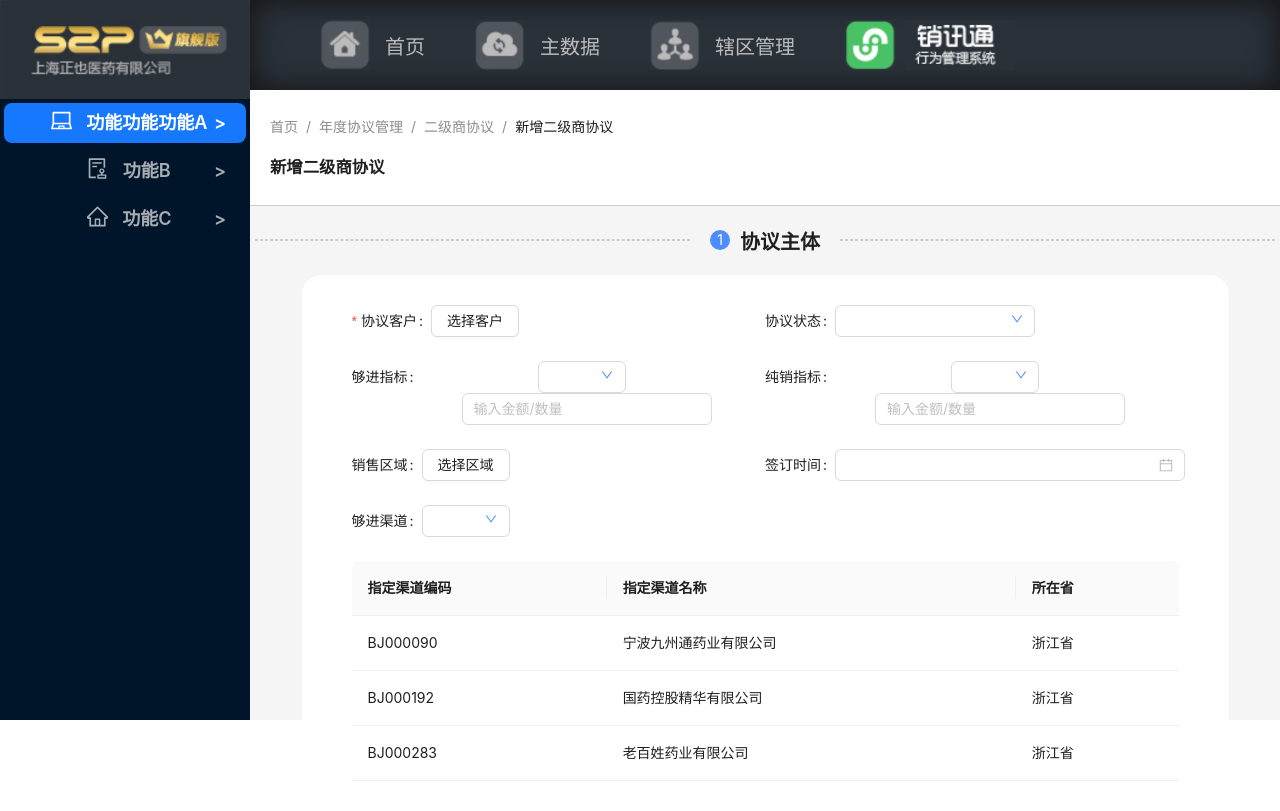
Repository: XiChips/questionB
Page: /
The author's editor kept a copy of each file at every save. The page is drawn from the files as they stood at one save, then again after the next save.
The browser window is 1280 px wide. The pictures show the whole page.
The project was rebuilt for these pictures with package versions that can differ from the ones it lists, and the page was loaded fresh each time. Also part of the build but not shown: vue.config.js.

Above is the page before, as saved 2024-02-28 13:30:51.

### src/main.js
import { createApp } from 'vue'
import App from './App.vue'
import router from './router'
import store from './store'
import { setupAntd } from './ant-design-vue/index'
import { message } from "ant-design-vue";
import './assets/css/index.css'
// import axios from "axios";
// moment.locale('zh-cn')
const app = createApp(App)
setupAntd(app)
// app.use(Button).use(Layout)
app.use(store).use(router).mount('#app')



// app.config.globalProperties.$axios = axios
app.config.globalProperties.$message = message

### src/router/index.js
import { createRouter, createWebHashHistory } from 'vue-router'

const routes = [
  {
    path: '/',
    name: 'home',
    component: () => import('../views/home.vue')
  },
  {
    path: '/about',
    name: 'about',

    component: () => import('../views/AboutView.vue')
  }
]

const router = createRouter({
  history: createWebHashHistory(),
  routes
})

export default router

### src/ant-design-vue/index.js
import { Button, Layout, Image, Form, Checkbox,Radio, Input, Popover, Menu, Drawer, Breadcrumb, Typography, message, Divider, Table, DatePicker, Popconfirm, Space, InputNumber, Select, PageHeader, Steps, Statistic, Transfer, Upload, Switch, Modal, Tabs } from 'ant-design-vue';

// import 'ant-design-vue/dist/antd.min.css'

const components = [
    Button,
    Layout,
    Form,
    Input,
    Menu,
    Breadcrumb,
    Table,
    Popconfirm,
    Select,
    PageHeader,
    Steps,
    Transfer,
    Upload,
    Switch,
    Modal,
    Tabs,
    Statistic,
    InputNumber,
    Space,
    DatePicker,
    Divider,
    Image,
    Typography,
    Drawer,
    Popover,
    Radio,
    Checkbox
]

export function setupAntd(app) {
    components.forEach(component => {
        app.use(component)
    })
    app.config.globalProperties.$message = message
}

### src/assets/css/index.css
body {
    margin: 0;
}

.logo img {
    width: 100%;
}

:where(.css-dev-only-do-not-override-1hsjdkk).ant-menu-dark {
    background-color: rgb(42, 49, 57);
}

.ant-menu .anticon {
    margin-right: 10px;
    font-size   : 18px;
}


.ant-upload-select-picture-card i {
    font-size: 32px;
    color    : #999;
}

.ant-upload-select-picture-card .ant-upload-text {
    margin-top: 8px;
    color     : #666;
}

.ant-upload-list-picture-card .ant-upload-list-item:hover .ant-upload-list-item-info:before {
    left: 0;
}

.ant-page-header {
    background: #fff;
}

.ant-page-header.has-breadcrumb {
    padding: 5px 24px;
}

.ant-menu {
    font-size  : 18px;
    font-weight: 600;
}

.ant-tabs-tab span {
    color      : #000;
    font-weight: bold;
    display    : inline-block;
}


.ant-upload-list-picture-card .ant-upload-list-item-info:before {
    left: 0
}

hr {
    width       : 90%;
    margin      : 0 auto;
    border-color: #99999910;
}

.title {
    background-color: rgb(42, 49, 57);
    display         : flex;
    height          : fit-content;
    padding         : 20px 70px;
    color           : rgb(187, 187, 187);
    box-shadow      : inset 0px 0 30px #111;
}

.title>div {
    margin-right: 50px;
    font-size   : 20px;
}

.title img {
    width         : 50px;
    height        : 50px;
    margin-right  : 15px;
    vertical-align: middle;
}

.title span {
    display         : inline-block;
    vertical-align  : middle;
    /* margin-bottom: 5px; */
}

:where(.css-dev-only-do-not-override-1hsjdkk).ant-menu-inline.ant-menu-root .ant-menu-item>.ant-menu-title-content,
:where(.css-dev-only-do-not-override-1hsjdkk).ant-menu-inline.ant-menu-root .ant-menu-submenu-title>.ant-menu-title-content {
    flex: none;
}

.ant-menu .anticon svg {
    width : 1.5em;
    height: 1.5em;
}

.title2 {
    display        : flex;
    justify-content: space-between;
    align-items    : center;
}

.title2>div {
    width: 300px;
}

.title2 hr {
    height: 1px;
    border: 1px dashed #ccc;
    margin: 0 5px;
}

.title2 span {
    display         : inline-block;
    width           : 20px;
    height          : 20px;
    line-height     : 20px;
    background-color: rgb(79, 140, 255);
    color           : #fff;
    border-radius   : 50%;
    margin-right    : 10px;
    vertical-align  : middle;
}


.title2 p {
    display       : inline-block;
    font-size     : 20px;
    vertical-align: middle;
    font-weight   : bold;
}

.area {
    background-color: #fff;
    border-radius   : 20px;
    width           : 90%;
    margin          : 0 auto;
    padding         : 30px 50px;
}

.line2 {
    display        : flex;
    justify-content: space-between;
}

.line2>div {
    width: 50%;
}

.area .ant-form-item-control-input {
    width: 25vw;
}

.ant-form-item-control-input-content {
    flex: none !important;
}

:where(.css-dev-only-do-not-override-1hsjdkk).ant-form-item .ant-form-item-label {
    /* position: relative; */
    overflow: visible;
}

:where(.css-dev-only-do-not-override-1hsjdkk).ant-form-item .ant-form-item-label>label.ant-form-item-required:not(.ant-form-item-required-mark-optional)::before {
    position: absolute;
    left    : -12px;
    top     : 7px
}

:where(.css-dev-only-do-not-override-1hsjdkk).ant-select .ant-select-arrow .anticon>svg{
    vertical-align: middle;
}

### src/views/home.vue
<template>
  <a-layout>
    <a-layout>
      <a-layout-sider width="250">
        <a-menu theme="dark" v-model:selectedKeys="selectedKeys" v-model:openKeys="openKeys" mode="inline" :style="{ height: '100%', borderRight: 0 }">
          <div class="logo">
            <img src="../assets/images/logo.png" alt="">
          </div>
          <!-- <hr /> -->

          <div v-for="(item, i) in links" style="display: flex;justify-content: space-between;">
            <a-menu-item v-if="item.children == undefined" :key="`item${i}_0`" @click="changeTab(item.name)">
              <LaptopOutlined v-if="item.name == '功能功能功能A'" />
              <AuditOutlined v-if="item.name == '功能B'" />
              <HomeOutlined v-if="item.name == '功能C'" />
              {{ item.name }}
              <span style="position: absolute;right: 20px;">{{ ">" }}</span>
            </a-menu-item>

          </div>
        </a-menu>
      </a-layout-sider>
      <a-layout style="padding: 0px 0px 24px" theme="dark">
        <a-layout-content :style="{ background: 'rgb(245,245,245)', padding: '0px', margin: 0, minHeight: '280px', }">

          <div class="title">
            <div><img src="../assets/images/icon1.png" alt=""><span>首页</span></div>
            <div><img src="../assets/images/icon2.png" alt=""><span>主数据</span></div>
            <div><img src="../assets/images/icon3.png" alt=""><span>辖区管理</span></div>
            <div><img src="../assets/images/icon4.png" alt=""><img src="../assets/images/text.png" style="width: auto;margin-left: -5px;" alt=""></div>
          </div>
          <div style="padding: 10px 20px;background-color: rgb(255,255,255);border-bottom: 1px solid #ccc;">
            <a-breadcrumb :style="{ margin: '36px 20px' }">
              <a-breadcrumb-item>首页</a-breadcrumb-item>
              <a-breadcrumb-item>年度协议管理</a-breadcrumb-item>
              <a-breadcrumb-item>二级商协议</a-breadcrumb-item>
              <a-breadcrumb-item>新增二级商协议</a-breadcrumb-item>
            </a-breadcrumb>
            <h3 style="text-align: left;">
              新增二级商协议
            </h3>
          </div>
          <div class="content">
            <div class="title2">
              <hr>
              <div>
                <span>1</span>
                <p>协议主体</p>
              </div>
              <hr>
            </div>
            <div class="area">
              <a-form :model="formState" autocomplete="off" @finish="onFinish" @finishFailed="onFinishFailed">
                <div class="line2">

                  <a-form-item label="协议客户" :rules="[{ required: true}]">
                    <a-button v-if="visible" @click="selectCustom">选择客户</a-button>
                    <a-select defaultOpen v-if="!visible" v-model:value="inputs.value1c" show-search placeholder="" style="width: 200px" :options="options" :filter-option="filterOption" @focus="handleFocus" @blur="handleBlur" @change="changeCustom"></a-select>
                    <span style="margin-left: 20px;">{{ inputs.value1 }}</span>
                  </a-form-item>
                  <a-form-item label="协议状态">
                    <a-select v-model:value="inputs.value2" placeholder="" style="width: 200px" :options="options2" :filter-option="filterOption" @focus="handleFocus" @blur="handleBlur" @change="handleChange">
                      <template #suffixIcon>
                        <down-outlined style="width: 15px;height: 15px;color: rgb(78,139,254);" />
                      </template>
                    </a-select>
                  </a-form-item>
                </div>
                <div class="line2">
                  <a-form-item label="够进指标">
                    <a-select v-model:value="inputs.value3" placeholder="" style="width: 88px" :options="options3" :filter-option="filterOption" @focus="handleFocus" @blur="handleBlur" @change="handleChange">
                      <template #suffixIcon>
                        <down-outlined style="width: 15px;height: 15px;color: rgb(78,139,254);" />
                      </template>
                    </a-select>
                    <a-input v-model:value="inputs.value3" placeholder="输入金额/数量" style="width: 250px;margin-left: 10px;"></a-input>
                  </a-form-item>
                  <a-form-item label="纯销指标">
                    <a-select v-model:value="inputs.value3" placeholder="" style="width: 88px" :options="options3" :filter-option="filterOption" @focus="handleFocus" @blur="handleBlur" @change="handleChange">
                      <template #suffixIcon>
                        <down-outlined style="width: 15px;height: 15px;color: rgb(78,139,254);" />
                      </template>
                    </a-select>
                    <a-input v-model:value="inputs.value3" placeholder="输入金额/数量" style="width: 250px;margin-left: 10px;"></a-input>
                  </a-form-item>
                </div>
                <div class="line2">
                  <a-form-item label="销售区域">
                    <a-button v-if="visible2" @click="selectArea">选择区域</a-button>
                    <a-select v-if="!visible2" v-model:value="inputs.value7c" placeholder="" style="width: 88px" :options="options4" :filter-option="filterOption" @focus="handleFocus" @blur="handleBlur" @change="changeArea">
                      <template #suffixIcon>
                        <down-outlined style="width: 15px;height: 15px;color: rgb(78,139,254);" />
                      </template>
                    </a-select>
                    <a-button type="primary" v-if="inputs.value7.length" v-for="(item,id) in inputs.value7" style="margin-left: 10px;"><span @click="deleteItem(id)">{{ item }}
                        <close-outlined /></span></a-button>
                  </a-form-item>
                  <a-form-item label="签订时间">
                    <a-date-picker placeholder="" show-time v-model:value="value1" style="width:350px" />
                  </a-form-item>
                </div>
              </a-form>
              <div class="line2">
                <a-form-item label="够进渠道">
                  <a-select v-model:value="inputs.value3" placeholder="" style="width: 88px" :options="options5" :filter-option="filterOption" @focus="handleFocus" @blur="handleBlur" @change="handleChange">
                    <template #suffixIcon>
                      <down-outlined style="width: 15px;height: 15px;color: rgb(78,139,254);" />
                    </template>
                  </a-select>
                </a-form-item>
              </div>

              <a-table :dataSource="data" :columns="columns" :pagination="false" />

            </div>
          </div>
          <!-- <router-view v-else></router-view> -->
        </a-layout-content>
      </a-layout>

    </a-layout>
  </a-layout>
</template>
<script>
import {
  UserOutlined,
  LaptopOutlined,
  NotificationOutlined,
  HomeOutlined,
  TeamOutlined,
  DesktopOutlined,
  BarChartOutlined,
  ContactsOutlined,
  AuditOutlined,
  ScheduleOutlined,
  ToolOutlined,
  FundProjectionScreenOutlined,
  UserSwitchOutlined,
  TransactionOutlined,
  DownOutlined,
  CloseOutlined
} from "@ant-design/icons-vue";
import { defineComponent, ref } from "vue";

export default defineComponent({
  components: {
    UserOutlined,
    LaptopOutlined,
    NotificationOutlined,
    HomeOutlined,
    TeamOutlined,
    DesktopOutlined,
    BarChartOutlined,
    ContactsOutlined,
    AuditOutlined,
    ScheduleOutlined,
    ToolOutlined,
    FundProjectionScreenOutlined,
    UserSwitchOutlined,
    TransactionOutlined,
    DownOutlined,
    CloseOutlined
  },
  name: "home",
  data() {
    return {
      activeKey: 0,
      formState: {
        username: "",
        password: "",
      },
      inputs: {
        value1: "",
        value1c: "",
        value2: "",
        value3: "",
        value4: "",
        value7c: "",
        value7: [],
      },
      visible: true,
      visible2: true,
      links: [
        {
          name: "功能功能功能A",
        },
        {
          name: "功能B",
        },
        {
          name: "功能C",
        },
      ],
      options: [{ value: "上海正也医药有限公司", id: "上海正也医药有限公司" }],
      options2: [{ value: "正常", id: "正常" }, { value: "异常", id: "异常" }],
      options3: [{ value: "金额", id: "金额" }, { value: "金额", id: "金额" }],
      options4: [{ value: "全国", id: "全国" }, { value: "上海", id: "上海" }],
      options5: [{ value: "指定渠道", id: "指定渠道" }],
      pages: [{ name: "首页", link: "/" }],
      data: [{
        col1: "BJ000090",
        col2: "宁波九州通药业有限公司",
        col3: "浙江省",
      },
    {
        col1: "BJ000192",
        col2: "国药控股精华有限公司",
        col3: "浙江省",
      },
    {
        col1: "BJ000283",
        col2: "老百姓药业有限公司",
        col3: "浙江省",
      }],
      columns: [
        {
          title: '指定渠道编码',
          dataIndex: 'col1',
          key: 'col1',
        },
        {
          title: '指定渠道名称',
          dataIndex: 'col2',
          key: 'col2',
        },
        {
          title: '所在省',
          dataIndex: 'col3',
          key: 'col3',
        }
      ],
      routes: [],
    };
  },
  setup() {
    return {
      selectedKeys: ref(["item0_0"]),
      collapsed: ref(false),
      openKeys: ref(["title1"]),
      basePath: "/index",
    };
  },
  methods: {
    changeTab() {

    },
    selectCustom() {
      this.visible = false
      this.inputs.value1c = ""
    },
    changeCustom() {
      this.visible = true
      this.inputs.value1 = this.inputs.value1c
    },
    selectArea() {
      this.visible2 = false
      this.inputs.value7c = ""
    },
    changeArea() {
      this.inputs.value7.push(this.inputs.value7c)
      this.inputs.value7 = Array.from(new Set(this.inputs.value7))
      this.inputs.value7c = ""
    },
    deleteItem(id) {
      this.inputs.value7.splice(id, 1)
    }
  },
  created() { },
  beforeMounte() { },
  mounted() {

  },
  watch: {
    $route(to, from) {
      // console.log(from.path);//从哪来
      // console.log(to.path);//到哪去
    },
  },
});
</script>
<style>
.ant-layout {
  height: 100vh;
}
.ant-breadcrumb {
  margin: 16px 0 !important;
}
</style>

Loaded but not shown: public/index.html (common file); src/App.vue (common file); src/store/index.js (common file)

After the next save:
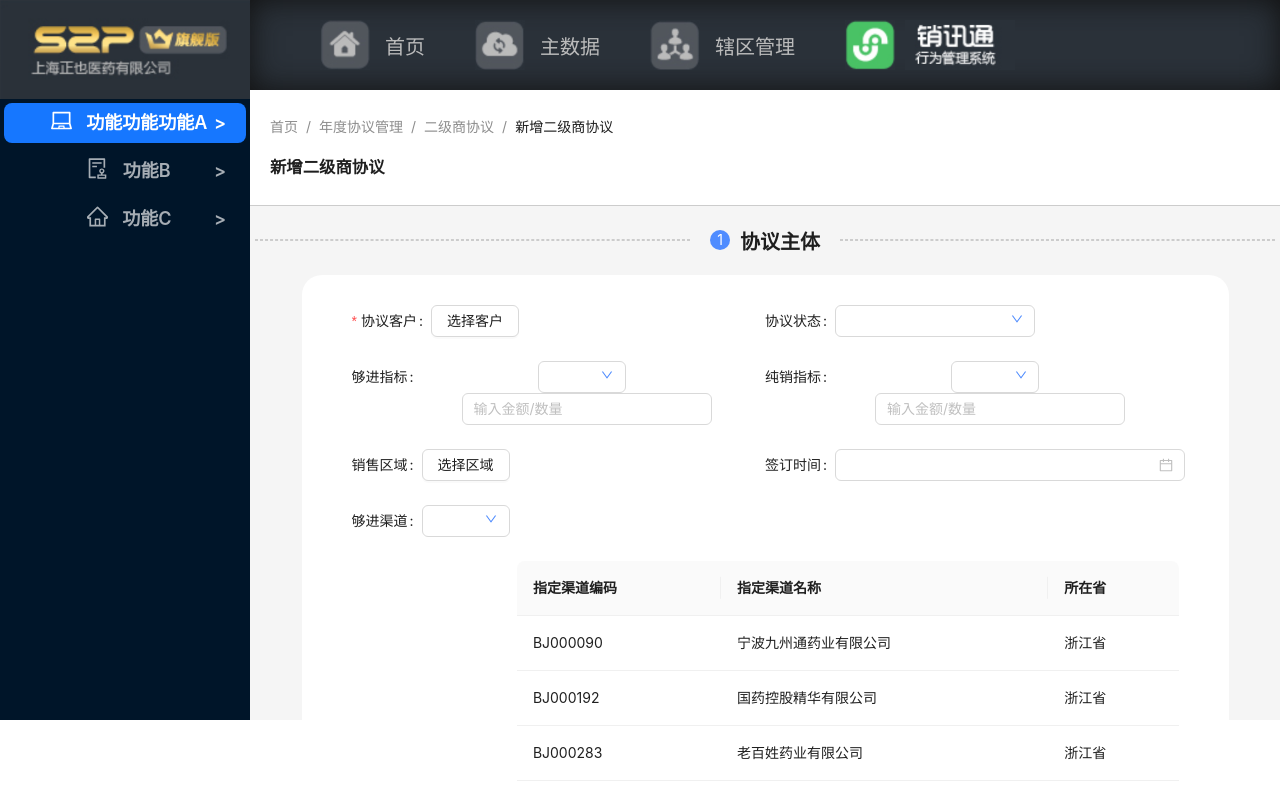
Saved 19 s later.
--- a/src/views/home.vue
+++ b/src/views/home.vue
@@ -110,7 +110,9 @@
                 </a-form-item>
               </div>
 
-              <a-table :dataSource="data" :columns="columns" :pagination="false" />
+              <div style="padding-left: 20%;">
+                <a-table :dataSource="data" :columns="columns" :pagination="false" />
+              </div>
 
             </div>
           </div>
@@ -202,12 +204,12 @@
         col2: "宁波九州通药业有限公司",
         col3: "浙江省",
       },
-    {
+      {
         col1: "BJ000192",
         col2: "国药控股精华有限公司",
         col3: "浙江省",
       },
-    {
+      {
         col1: "BJ000283",
         col2: "老百姓药业有限公司",
         col3: "浙江省",
